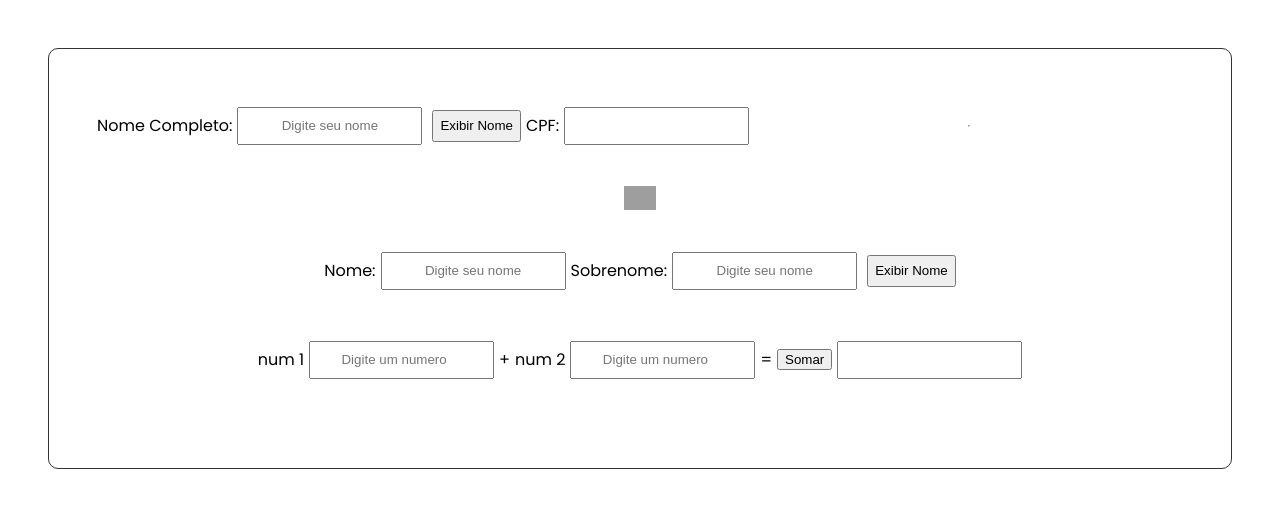
Repository: guilhermecardoso93/exerciciosjs
Page: index.html
The author's editor kept a copy of each file at every save. The page is drawn from the files as they stood at one save, then again after the next save.
The browser window is 1280 px wide. The pictures show the whole page.
Pictures or frames that could not be fetched are drawn as grey boxes.

Above is the page before, as saved 2023-05-20 13:09:04.

### index.html
<!DOCTYPE html>
<html lang="pt-Br">
  <head>
    <meta charset="UTF-8">
    <meta http-equiv="X-UA-Compatible" content="IE=edge">
    <meta name="viewport" content="width=device-width, initial-scale=1.0">
    <link rel="preconnect" href="https://fonts.googleapis.com">
    <link rel="preconnect" href="https://fonts.gstatic.com" crossorigin>
    <link rel="stylesheet" href="styles.css">
    <link
      href="https://fonts.googleapis.com/css2?family=Poppins:wght@400;500&display=swap"
      rel="stylesheet">
    <title>40 - exercícios de JS</title>
  </head>
  <body>
    <div class="NameDiv">
      <p>Nome Completo:</p>
      <input type="text" name="name" id="name"
        placeholder="Digite seu nome"/>
      <br />
      <input type="button" value="Exibir Nome" id="exibir-nome"/>
      <p>CPF:</p>
      <input maxlength="14" id="cpf" />
      <hr />
    </div>
    <div>
      <img id="lamp" src="https://www.w3schools.com/js/pic_bulboff.gif">
    </div>
    <div class="fullNameDiv">
      <p>Nome:</p>
      <input type="text" name="name-2" id="name-2"
        placeholder="Digite seu nome"/>
      <p>Sobrenome:</p>
      <input type="text" name="fullname" id="fullname"
        placeholder="Digite seu nome"/>
      <br/>
      <input type="button" value="Exibir Nome" id="exibir-nome-convidado"/>
    </div>
    <div>
      <p>num 1</p>
      <input type="number" name="number-1" id="number-1" value="number-1"
        placeholder="Digite um numero"/>
      +
      <p>num 2</p>
      <input type="number" name="number-2" id="number-2" value="number-2"
        placeholder="Digite um numero"/>
      =
      <button type="button" name="soma" id="soma">Somar</button>
      <input type="number" name="result" id="result"
       />
    </div>
  </body>
  <script src="./script.js"></script>
</html>

### styles.css
body {
  font-family: "Poppins", sans-serif;
  margin: 3rem;
  border: 1px solid #333;
  border-radius: 10px;
  padding: 3rem;
}

#lamp {
  cursor: pointer;
  cursor: hand;
  width: 2rem;
}

body input {
  height: 2rem;
  text-align: center;
}

div {
  display: flex;
  gap: 5px;
  align-items: center;
  justify-content: center;
  margin-bottom: 2rem;
}

### script.js
//alert('Hello World!');
const conta = `valor de 2 + 2 é`;
//alert(`${conta} ${2 + 2}` )

const buttonShowName = document.getElementById("exibir-nome");

buttonShowName.addEventListener("click", () => {
  const inputValue = document.getElementById("name").value;
  alert(`Meu nome Completo é ${inputValue}`);
  alert(`A quantidade de letras no seu nome é de ${inputValue.length}`);
});

function turnOnOff() {
  var image = document.getElementById("lamp").src;
  var lampOn = "https://www.w3schools.com/js/pic_bulbon.gif";
  var lampOff = "https://www.w3schools.com/js/pic_bulboff.gif";

  if (image == lampOn) {
    document.getElementById("lamp").src = lampOff;
  } else {
    document.getElementById("lamp").src = lampOn;
  }
}
document.getElementById("lamp").addEventListener("mouseover", turnOnOff);
//document.getElementById("lamp").addEventListener("click", turnOnOff);

const buttonShowFullName = document.getElementById("exibir-nome-convidado");

buttonShowFullName.addEventListener("click", () => {
  const inputValueName = document.getElementById("name-2").value;
  const inputValueFullName = document.getElementById("fullname").value;
  alert(`Meu nome Completo é ${inputValueName} ${inputValueFullName}`);
});

const cpf = document.querySelector("#cpf");

cpf.addEventListener("keyup", () => {
  let value = cpf.value
    .replace(/[^0-9]/g, "")
    .replace(/^([\d]{3})([\d]{3})?([\d]{3})?([\d]{2})?/, "$1.$2.$3-$4");

  cpf.value = value;
});

  let number1 = document.getElementById("number-1");
  let number2 = document.getElementById("number-2");
  const resultField = document.getElementById("result");
  const buttonSomar = document.getElementById("soma");

  number1 = parseInt(number1.value);
  number2 = parseInt(number2.value);

  buttonSomar.addEventListener("click", () => {
    somaTotal();
  });

function somaTotal() {
  const soma = number1 + number2
  document.getElementById('result').value = soma
}

After the next save:
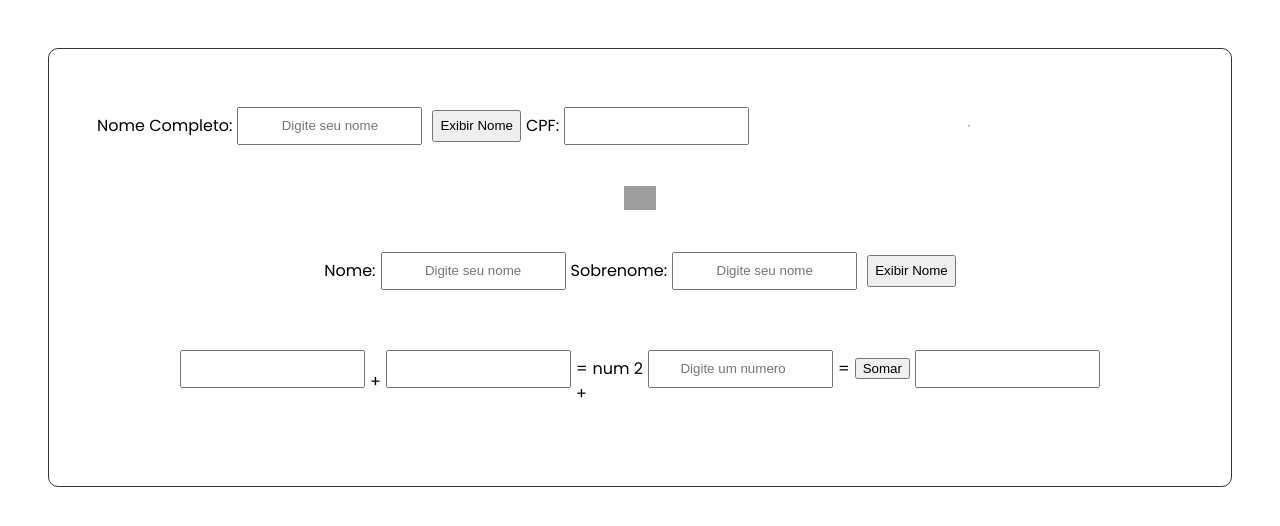
Saved 70 s later.
--- a/index.html
+++ b/index.html
@@ -37,9 +37,8 @@
       <input type="button" value="Exibir Nome" id="exibir-nome-convidado"/>
     </div>
     <div>
-      <p>num 1</p>
-      <input type="number" name="number-1" id="number-1" value="number-1"
-        placeholder="Digite um numero"/>
+      <input type="text" id="number-1" maxlength="5"><br>+<br>
+      <input type="text" id="number-2" maxlength="5"><br>=<br>
       +
       <p>num 2</p>
       <input type="number" name="number-2" id="number-2" value="number-2"
